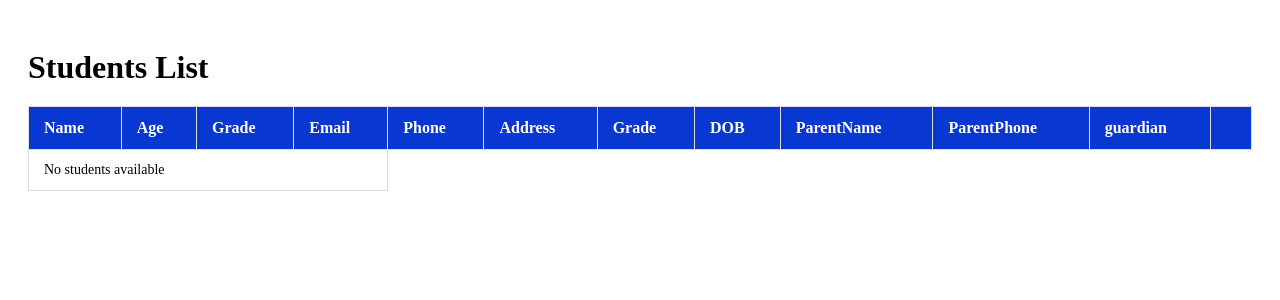
Repository: sharmisthak16/Student-Assignment
Page: /students (app in my-project/)
An editor plug-in stored every save of this project. The page is shown before and after a run of saves, followed by the edit.
The browser window is 1280 px wide. The pictures show the whole page.
The page's requests for data from a server got no answer. The project was rebuilt for these pictures with package versions that can differ from the ones it lists, and the page was loaded fresh each time. No one was signed in, and anything a server would have sent is missing. Also part of the build but not shown: my-project/vite.config.js, my-project/src/components/LoginForm.css, my-project/src/components/LoginForm.jsx, my-project/src/components/Dashboard.css, my-project/src/components/Dashboard.jsx, my-project/src/components/HomeButtons.css, my-project/src/components/HomeButtons.jsx, my-project/src/Pages/Home.jsx and 4 more.

Above is the page before, as saved 2025-01-31 04:25:53.

### my-project/index.html
<!doctype html>
<html lang="en">
  <head>
    <meta charset="UTF-8" />

    <meta name="viewport" content="width=device-width, initial-scale=1.0" />
    <title>Assignment</title>
  </head>
  <body>
    <div id="root"></div>
    <script type="module" src="/src/main.jsx"></script>
  </body>
</html>

### my-project/src/App.jsx
import React from 'react';
import { BrowserRouter as Router, Route, Routes } from 'react-router-dom'; // Use Routes instead of Switch
import LoginForm from './components/LoginForm';
import Dashboard from './components/Dashboard'; // Create this component for the dashboard page
import Home from './Pages/Home';
import StudentTable from './components/StudentTable';
import AddStudentModal from './components/AddStudentModal'
import StudentsPage from './components/StudentPage';

function App() {
  return (
    <Router>
      <Routes>
      <Route path='/' element={<Home/>} />
        <Route path="/LoginForm" element={<LoginForm />} /> {/* Use element instead of component */}
        <Route path="/dashboard" element={<Dashboard />} /> {/* Use element instead of component */}
       <Route path="/StudentTable" element={<StudentTable />}  />
       <Route path="/AddStudentModal" element={<AddStudentModal/>}  />
       <Route path='/students' element={< StudentsPage/>}/>
      </Routes>
    </Router>
  );
}

export default App;

### my-project/src/components/StudentPage.jsx
import React, { useEffect, useState } from 'react';
import { db, collection, getDocs } from './firebase'; // Assuming you're using Firestore
import './StudentPage.css';

const StudentPage = () => {
  const [students, setStudents] = useState([]);
  const [loading, setLoading] = useState(true);

  useEffect(() => {
    const fetchStudents = async () => {
      try {
        const querySnapshot = await getDocs(collection(db, "students"));
        const studentsData = querySnapshot.docs.map(doc => ({
          id: doc.id,
          ...doc.data(),
        }));
        setStudents(studentsData);
      } catch (error) {
        console.error("Error fetching students:", error);
      } finally {
        setLoading(false);
      }
    };

    fetchStudents();
  }, []);

  return (
    <div className="students-page">
      <h1>Students List</h1>
      {loading ? (
        <p>Loading...</p>
      ) : (
        <table className="students-table">
          <thead>
            <tr>
              <th>Name</th>
              <th>Age</th>
              <th>Grade</th>
              <th>Email</th>
              <th>Phone</th>
              <th>Address</th>
              <th>Grade</th>
              <th>DOB</th>
              <th>ParentName</th>
              <th>ParentPhone</th>
              <th>guardian</th>
              <th></th>
            </tr>
          </thead>
          <tbody>
            {students.length > 0 ? (
              students.map(student => (
                <tr key={student.id}>
                  <td>{student.name}</td>
                  <td>{student.age}</td>
                  <td>{student.grade}</td>
                  <td>{student.email}</td>
                  <td>{student.phone}</td>
                  <td>{student.address}</td>
                  <td>{student.grade}</td>
                  <td>{student.dob}</td>
                  <td>{student.parentName}</td>
                  <td>{student.parentPhone}</td>
                </tr>
              ))
            ) : (
              <tr>
                <td colSpan="4">No students available</td>
              </tr>
            )}
          </tbody>
        </table>
      )}
    </div>
  );
};

export default StudentPage;

### my-project/src/components/firebase.js
import { initializeApp } from "firebase/app";
import { getAuth, createUserWithEmailAndPassword, signInWithEmailAndPassword } from "firebase/auth";
import { getFirestore, collection, addDoc, getDocs } from "firebase/firestore"; // Import getDocs

const firebaseConfig = {
  apiKey: "AIzaSyBbJ0LWJOG7xecQUhc7-0NGPvu33pYSSAg",
  authDomain: "assignment-f6a48.firebaseapp.com",
  projectId: "assignment-f6a48",
  storageBucket: "assignment-f6a48.appspot.com",
  messagingSenderId: "801572322432",
  appId: "1:801572322432:web:b56f932b3f50b6140f7a65",
  measurementId: "G-SBG6GTP1V2"
};

const app = initializeApp(firebaseConfig);
const auth = getAuth(app);
const db = getFirestore(app); // Firestore instance

// Export the methods you're using
export { auth, db, createUserWithEmailAndPassword, signInWithEmailAndPassword, addDoc, collection, getDocs };

### my-project/src/components/StudentPage.css
/* Students Page Styling */
.students-page {
    padding: 20px;
  }

  .students-page h1 {
    font-size: 32px;
    margin-bottom: 20px;
  }

  .students-table {
    width: 100%;
    border-collapse: collapse;
    margin-top: 20px;
  }

  .students-table th, .students-table td {
    padding: 12px 15px;
    text-align: left;
    border: 1px solid #ddd;
  }

  .students-table th {
    background-color: #0837d2;
    color: white;
  }

  .students-table tr:nth-child(even) {
    background-color: #f9f9f9;
  }

  .students-table tr:hover {
    background-color: #f1f1f1;
  }

  .students-table td {
    font-size: 14px;
  }

Loaded but not shown: my-project/src/main.jsx (common file); my-project/src/index.css (common file)

After the next 2 saves:
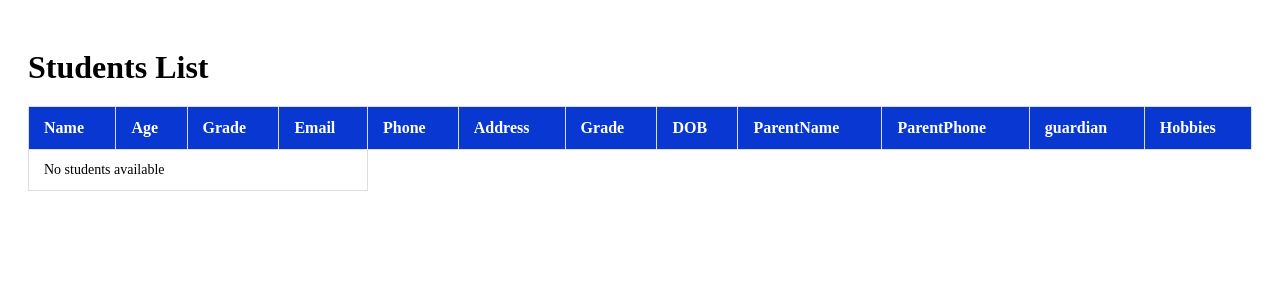
The 2 saves are shown as one change because they came seconds apart.
The last was saved 8 s later.
--- a/my-project/src/components/StudentPage.jsx
+++ b/my-project/src/components/StudentPage.jsx
@@ -45,7 +45,7 @@ const StudentPage = () => {
               <th>ParentName</th>
               <th>ParentPhone</th>
               <th>guardian</th>
-              <th></th>
+              <th>Hobbies</th>
             </tr>
           </thead>
           <tbody>
